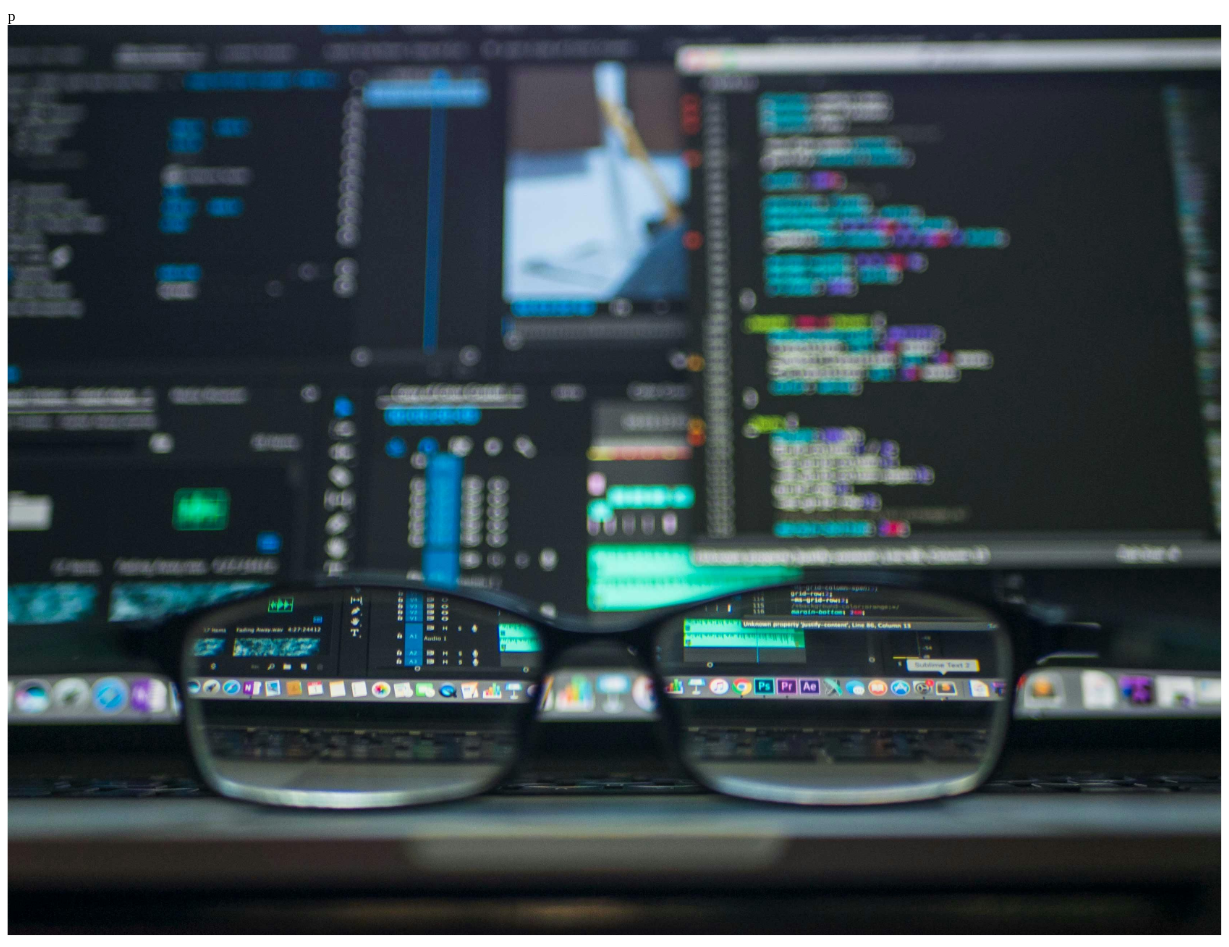
Repository: Caiquedev123/Sites
Page: index.html
The author's editor kept a copy of each file at every save. The page is drawn from the files as they stood at one save, then again after the next save.
The browser window is 1280 px wide. The pictures show the whole page, at 96% of full size.

Above is the page before, as saved 2024-07-22 14:04:27.

### index.html
<!DOCTYPE html>
<html lang="en">
<head>
    <meta charset="UTF-8">
    <meta name="viewport" content="width=device-width, initial-scale=1.0">
    <title>Projeto</title>
    <link rel="stylesheet" href="style.css">
</head>
<body>
    p
    <section class="imagens">
        <img src="./imagem/Progrmação.jpg" alt="programação">
    </section>
</body>
</html>

### style.css
body{background-color: rgb(255, 255, 255);}

img{
    width: 100%;
    object-fit: cover;
}

After the next save:
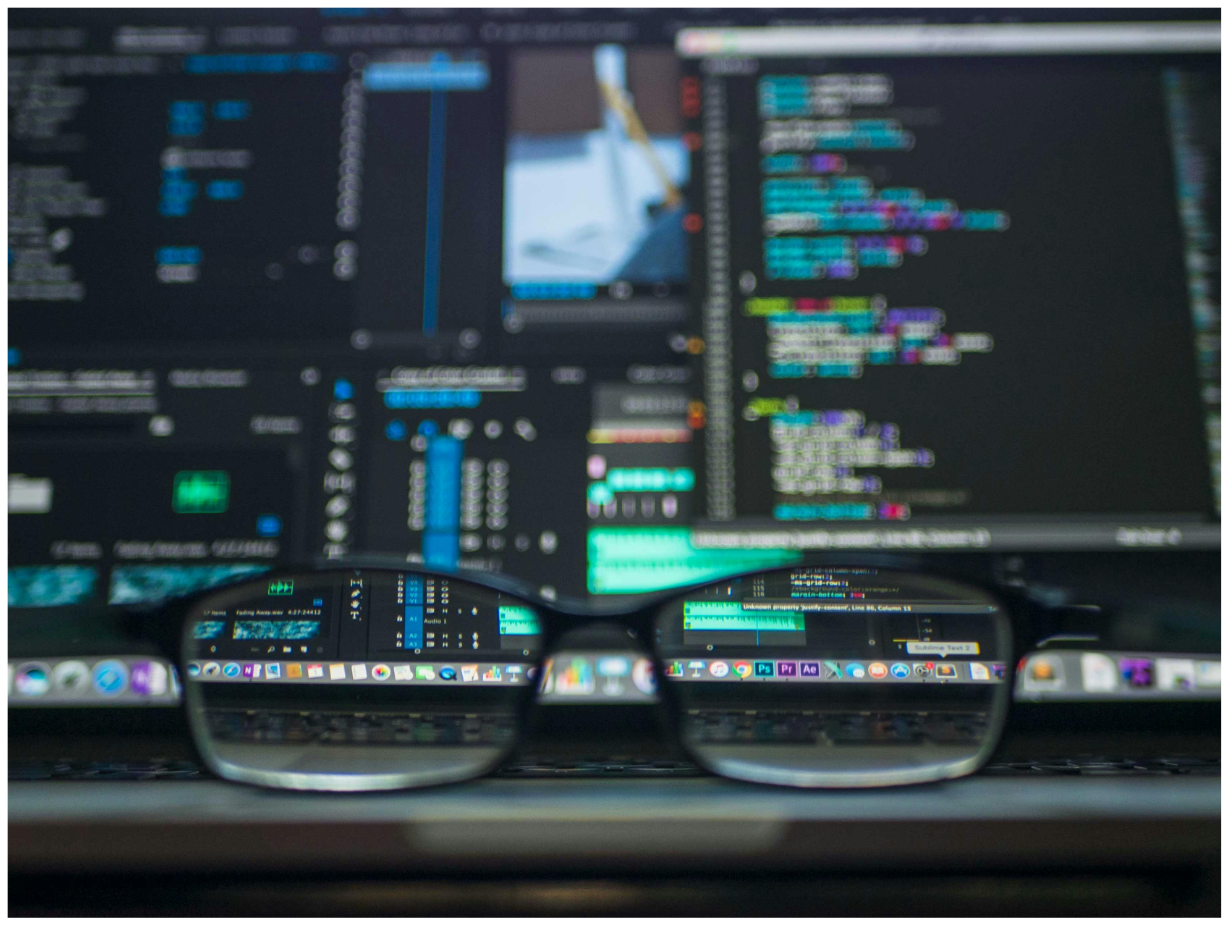
Saved 4 s later.
--- a/index.html
+++ b/index.html
@@ -7,7 +7,7 @@
     <link rel="stylesheet" href="style.css">
 </head>
 <body>
-    p
+
     <section class="imagens">
         <img src="./imagem/Progrmação.jpg" alt="programação">
     </section>
